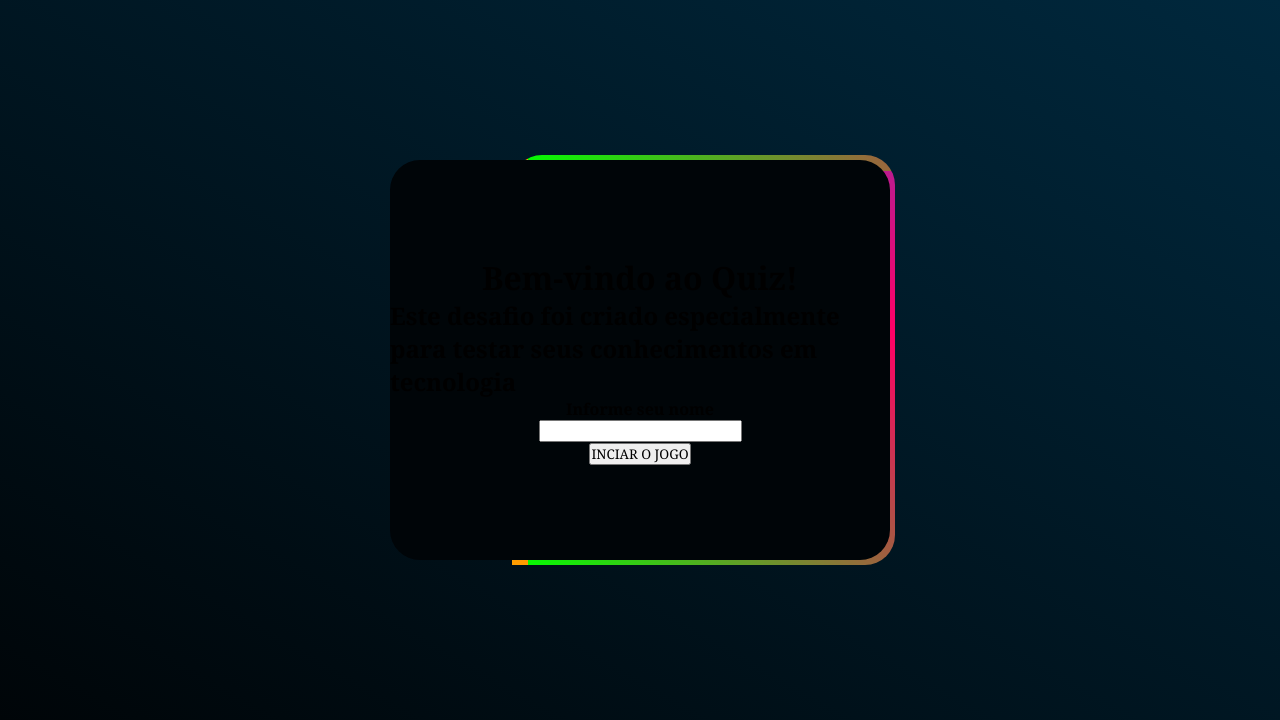
Repository: LaisSilvaO/Projeto-Quizz
Page: telas/apresentação.html
These files come from the project's save history. The page is drawn as it stood at one moment and after the next save; the edit follows.
The browser window is 1280 px wide. The pictures show the whole page.

Above is the page before, as saved 2024-12-25 20:01:19.

### telas/apresentação.html
<!DOCTYPE html>
<html lang="pt-br">

<head>
    <meta charset="UTF-8">
    <meta name="viewport" content="width=device-width, initial-scale=1.0">
    <title>Quiz</title>
    <link rel="stylesheet" href="../img/tela.css">
</head>

<body>
    <div class="box1">
        <div class="box2">
            <H1> Bem-vindo ao Quiz!</H1>

            <h2>Este desafio foi criado especialmente para testar seus conhecimentos em tecnologia


            </h2>
            <h4>Informe seu nome </h4>
            <input type="text" id="nome">
            <A href="index.html">
                <h4><button>INCIAR O JOGO</button></h4>
            </A>
        </div>
    </div>

</body>

</html>

### img/tela.css
* {
  margin: 0;
  padding: 0;
  box-sizing: border-box;
  font-family: Cambria, Cochin, Georgia, Times, 'Times New Roman', serif;
}

body {
  height: 100vh;
  display: flex;
  justify-content: center;
  align-items: center;
  background: linear-gradient(210deg, #00283d, #000508);
}

main {
  background-color: white;
  padding: 10px;
  border-radius: 10px;
  width: 100%;
  max-width: 600px;
  min-height: 400px;
  display: flex;
  justify-content: center;
  align-items: center;
}

.box1{
  position: relative;
  width: 510px;
  height: 410px;

  border-radius: 30px;
  display: flex;
  justify-content: center;
  align-items: center;
  flex-direction: column;
  overflow: hidden;

}
.box2 {
  position: relative;
  width: 500px;
  height: 400px;
  background-color: #000508;
  border-radius: 30px;
  display: flex;
  justify-content: center;
  align-items: center;
  flex-direction: column;
  overflow: hidden;
}

/* Borda animada externa */
.box1::before {
  content: '';
  position: absolute;
  top: 0;
  left: 0;
  width: 100%;
  height: 100%;
  border-radius: 30px;
  border: 16px solid transparent; /* Espessura da borda aumentada */
  background-image: linear-gradient(45deg, #00ff00, #ff0066, #0066ff, #ffcc00, hsl(15, 100%, 50%));
  background-size: 400%; /* Aumenta o tamanho da animação da borda */
  animation: borderAnimation 3s linear infinite;
  z-index: -1; /* Garante que a borda fique atrás do conteúdo */
}

@keyframes borderAnimation {
  0% {
    top: 0;
    left: 0;
}
25% {
    top: 0;
    left: 380px; /* Canto superior direito */
}
50% {
    top: 0px;
    left: 380px; /* Canto inferior direito */
}
75% {
    top: 0px;
    left: 0; /* Canto inferior esquerdo */
}
100% {
    top: 0;
    left: 0; /* Retorna ao canto superior esquerdo */
}
}

After the next save:
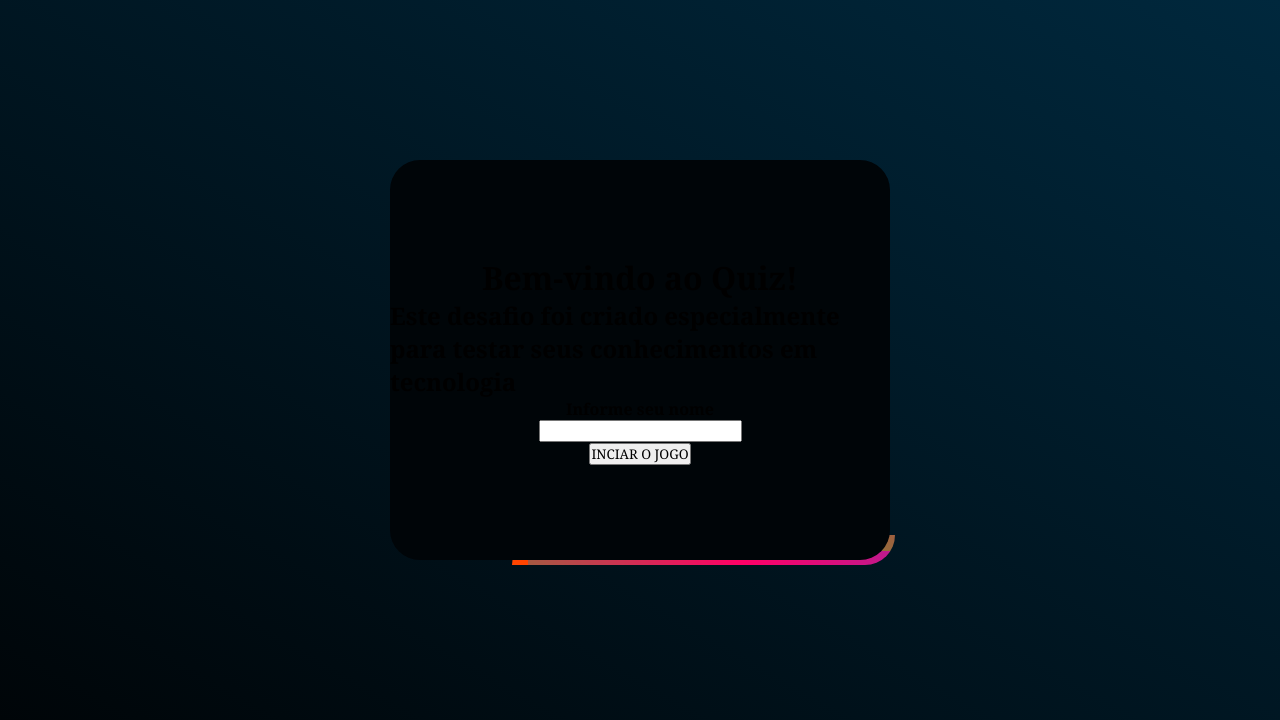
Saved 29 s later.
--- a/img/tela.css
+++ b/img/tela.css
@@ -74,14 +74,14 @@ main {
 }
 25% {
     top: 0;
-    left: 380px; /* Canto superior direito */
+    left: 0px; /* Canto superior direito */
 }
 50% {
-    top: 0px;
+    top: 380px;
     left: 380px; /* Canto inferior direito */
 }
 75% {
-    top: 0px;
+    top: 380px;
     left: 0; /* Canto inferior esquerdo */
 }
 100% {
